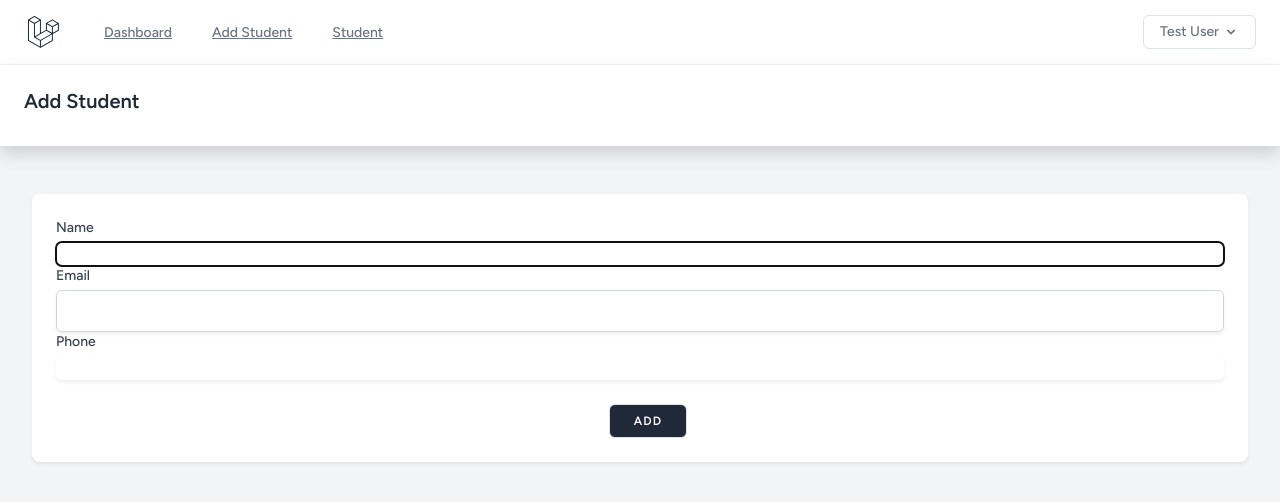
Repository: rkrukshan/CRUD-with-Laravel-V.10-Breeze
Page: http://localhost/add-student
These files come from the project's save history. The page is drawn as it stood at one moment and after the next save; the edit follows.
The browser window is 1280 px wide. The pictures show the whole page.
The page is served by the project's Laravel application, run on PHP 8.4 with Laravel 10. A made-up administrator, Test User (test@example.com), is signed in. Style sheets and scripts are compiled from the project's sources, by tool versions that may differ from the author's. Queries for data that is not in the repository find no rows.

Above is the page before, as saved 2023-11-15 11:26:50.

After the next save:
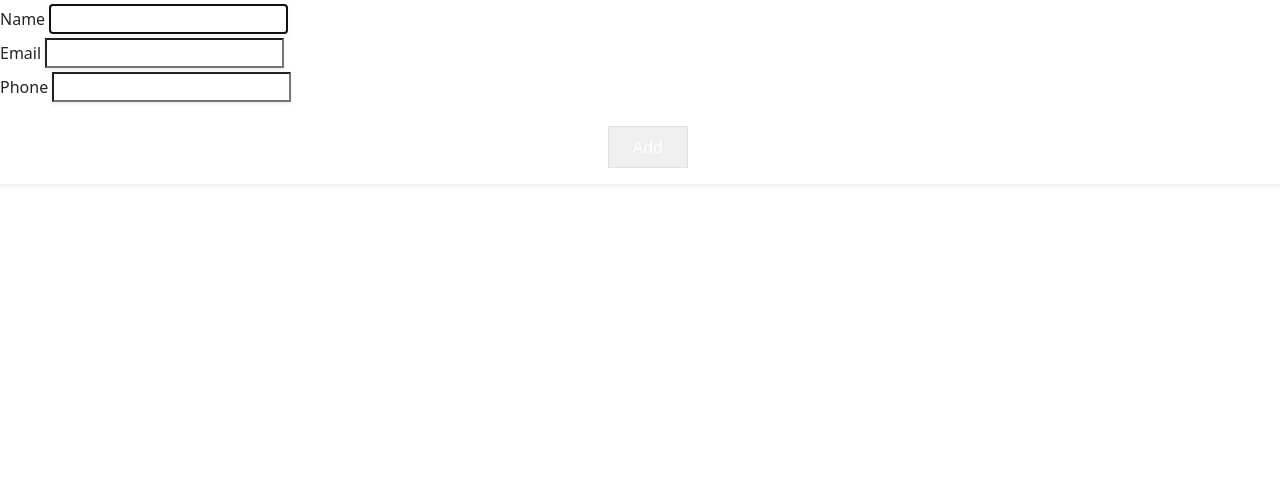
Saved 52 s later.
--- a/resources/views/student/create.blade.php
+++ b/resources/views/student/create.blade.php
@@ -1,4 +1,4 @@
-<x-app-layout>
+
     <x-slot name="header">
         <h2 class="font-semibold text-xl text-gray-800 dark:text-gray-200 leading-tight">
             {{ __('Add Student') }}
@@ -53,4 +53,3 @@
         </div>
     </div>
     @include('student.index')
-</x-app-layout>
